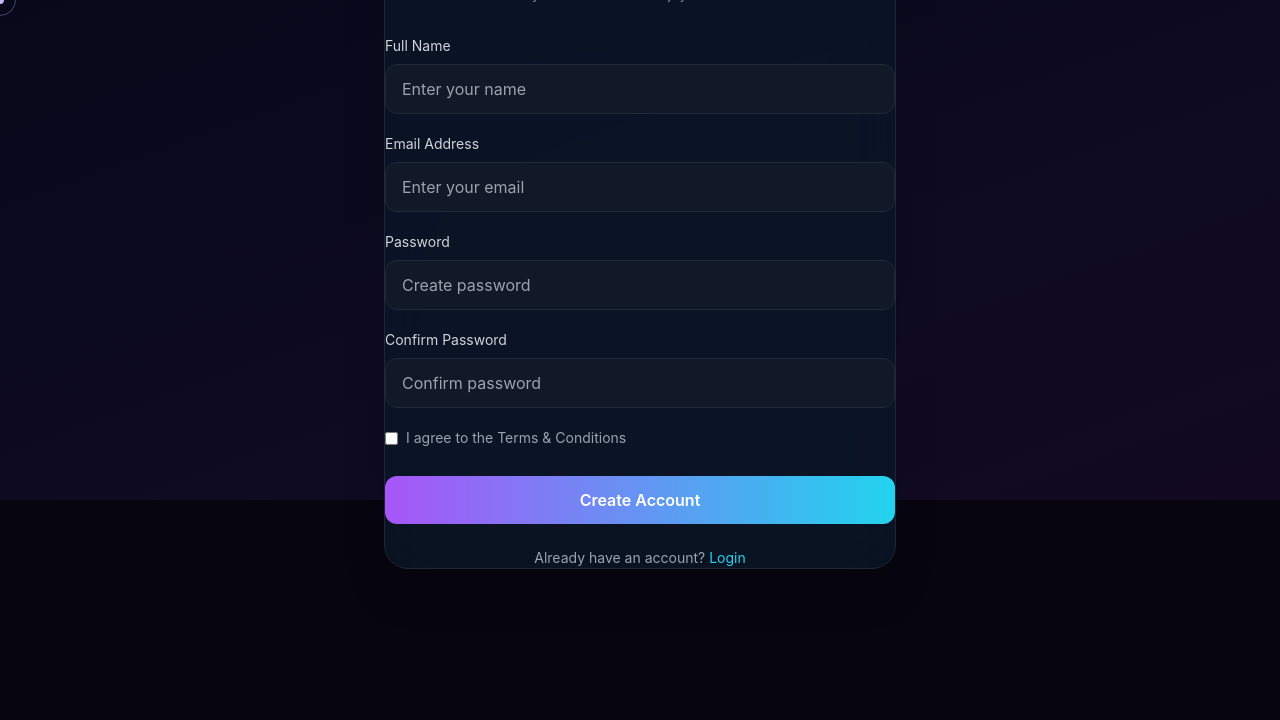
Repository: AMIREDDYRAKEY/chill-zone-
Page: /register
These files come from the project's save history. The page is drawn as it stood at one moment and after a run of saves; the edit follows.
The browser window is 1280 px wide. The pictures show the whole page.
The project was rebuilt for these pictures with package versions that can differ from the ones it lists, and the page was loaded fresh each time. Also part of the build but not shown: vite.config.js, src/components/Login.jsx, src/components/Navbar.jsx, src/components/Hero.jsx, src/components/Marquee.jsx, src/components/TabsMenu.jsx, src/components/Ourspecialites.jsx, src/components/Aboutus.jsx and 3 more.

Above is the page before, as saved 2026-05-07 14:36:35.

After the next 2 saves:
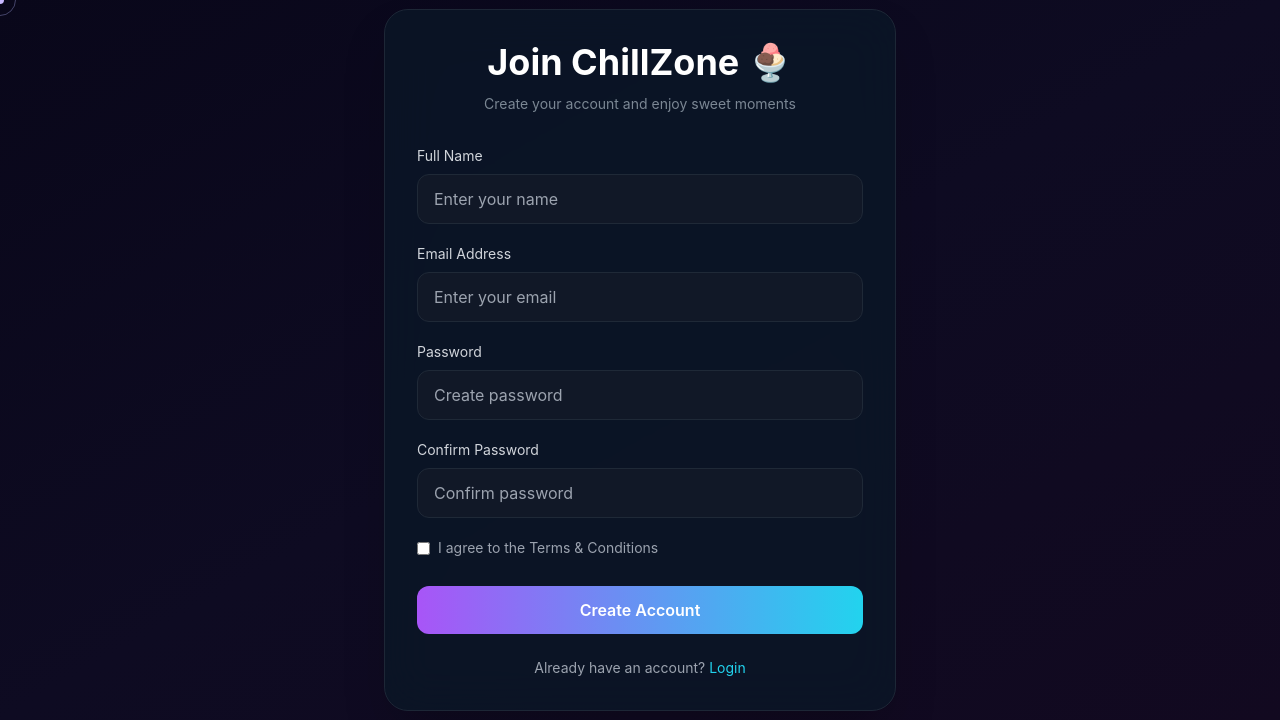
The 2 saves are shown as one change because they came seconds apart.
The last was saved 40 s later.
--- a/src/components/Register.jsx
+++ b/src/components/Register.jsx
@@ -4,9 +4,9 @@ import React from 'react'
 
 const Register = () => {
   return (
-    <div className="h-[500px] flex items-center justify-center  ">
+    <div className="min-h-screen flex items-center justify-center px-4 bg-gradient-to-br from-[#09071a] via-[#0e0b22] to-[#120920]">
 
-      <div className="w-full max-w-lg bg-[#0a1727]/80 backdrop-blur-xl border border-[#1d2736] rounded-3xl  shadow-2xl">
+      <div className="w-full max-w-lg bg-[#0a1727]/80 backdrop-blur-xl border border-[#1d2736] rounded-3xl p-8 shadow-2xl">
 
         {/* Heading */}
         <div className="text-center mb-8">
